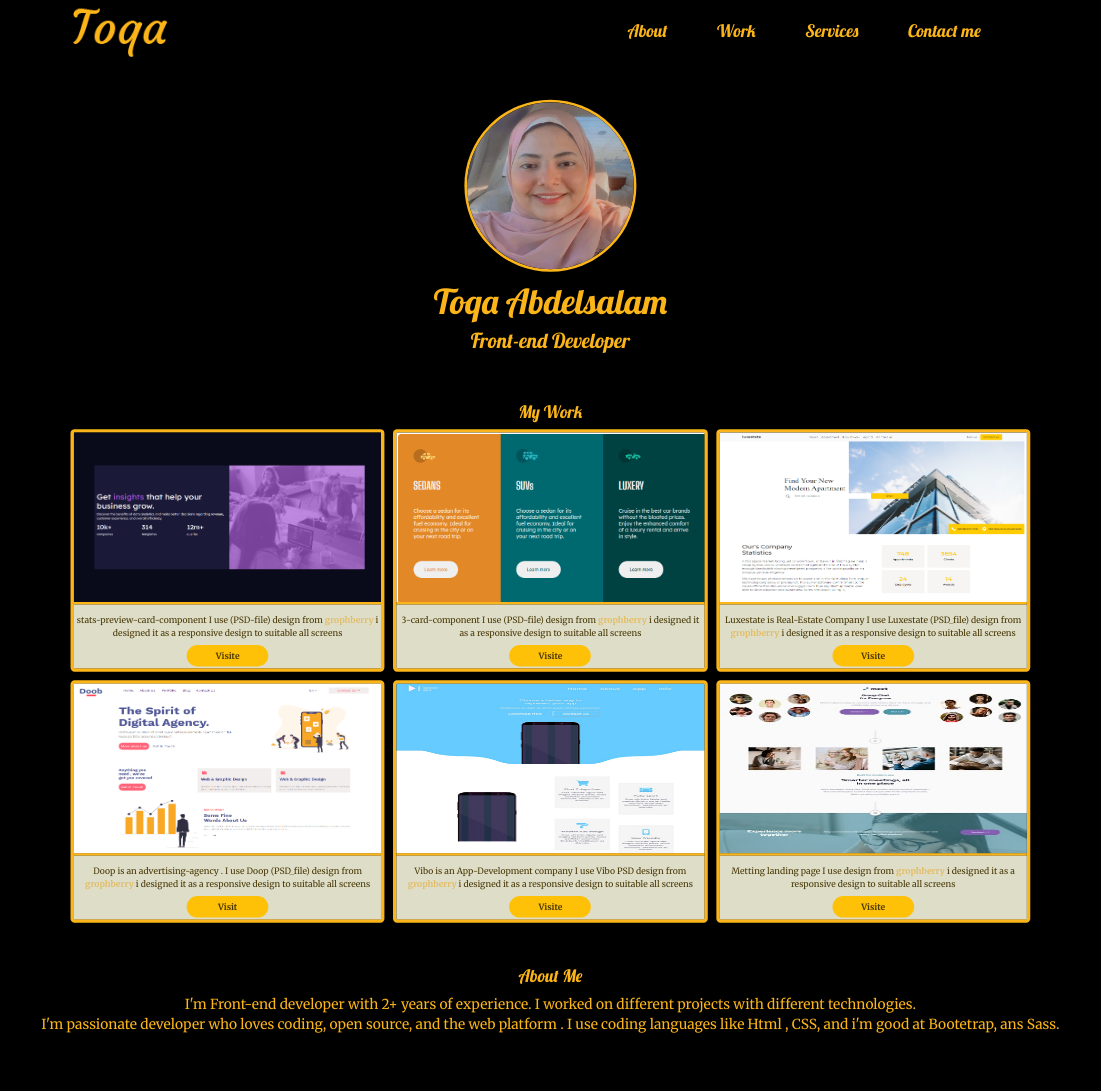
Repository: Toqa-25/portfolio
Page: index.html
The author's editor kept a copy of each file at every save. The page is drawn from the files as they stood at one save, then again after the next save.
The browser window is 1280 px wide. The pictures show the whole page, at 86% of full size.
Some web fonts or font styles are not loaded; a fallback is used.

Above is the page before, as saved 2021-07-27 18:00:17.

### index.html
<!DOCTYPE html>
<html lang="en">
<head>
    <meta charset="UTF-8">
    <meta http-equiv="X-UA-Compatible" content="IE=edge">
    <meta name="viewport" content="width=device-width, initial-scale=1.0">
    <title>Toqa Portfolio</title>
      <!-- bootstrap file -->
      <link rel="stylesheet" href="css/all.min.css">
      <link rel="stylesheet" href="css/bootstrap.css">
      <!-- css file -->
      <link rel="stylesheet" href="css/style.css">
      <!-- fonts -->
      <link rel="preconnect" href="https://fonts.googleapis.com">
<link rel="preconnect" href="https://fonts.gstatic.com" crossorigin>
<link href="https://fonts.googleapis.com/css2?family=Lobster&family=Otomanopee+One&display=swap" rel="stylesheet">
<link rel="preconnect" href="https://fonts.googleapis.com">
<link rel="preconnect" href="https://fonts.gstatic.com" crossorigin>
<link href="https://fonts.googleapis.com/css2?family=Merriweather:ital,wght@0,300;0,400;0,700;0,900;1,300;1,400;1,700;1,900&display=swap" rel="stylesheet">
<link rel="preconnect" href="https://fonts.googleapis.com">
<link rel="preconnect" href="https://fonts.gstatic.com" crossorigin>
<link href="https://fonts.googleapis.com/css2?family=Bebas+Neue&family=Oswald:wght@200;300;400;500;600;700&display=swap" rel="stylesheet">
</head>
<body>
    <header class="section">
       <nav class="container">
           <img src="images/logo.png" alt="logo">
       <ul class="list">
           <li>About</li>
           <li>Work</li>
           <li>Services</li>
           <li>Contact me</li>
           <!-- <li>Reviews</li> -->
       </ul>
       <div role="navigation">
      <svg xmlns="http://www.w3.org/2000/svg" width="35" height="35" fill="#fbb519" class="bi bi-list" viewBox="0 0 16 16">
        <path fill-rule="evenodd" d="M2.5 12a.5.5 0 0 1 .5-.5h10a.5.5 0 0 1 0 1H3a.5.5 0 0 1-.5-.5zm0-4a.5.5 0 0 1 .5-.5h10a.5.5 0 0 1 0 1H3a.5.5 0 0 1-.5-.5zm0-4a.5.5 0 0 1 .5-.5h10a.5.5 0 0 1 0 1H3a.5.5 0 0 1-.5-.5z"/>
      </svg>
      <ul class="hidden">
        <li>About</li>
        <li>Work</li>
        <li>Services</li>
        <li>Contact me</li>
        <!-- <li>Reviews</li> -->
      </ul>
      </div>
    </nav>

    </header>
    <div class="my-image section">
      <div class="quik  " role="main">
        <div>
        <img src="images/IMG-20210619-WA0014.jpg" alt=""><br>
        <h1>Toqa Abdelsalam</h1>
        <h4>Front-end Developer</h4>
      </div>
      </div>
    </div>

      <section class="section container work">
      <h5>My Work</h5>
      <div class="card-groups">
      <div class="project card" role="menu">
        <img src="images/toqa-25.github.io_stats-preview-card-component-main_.png" alt="">
        <p>stats-preview-card-component
      I use  (PSD-file) design from <span> <a href="https://www.frontendmentor.io/">grophberry</a></span>
  i designed it as a responsive design to suitable all screens <br>
  <button><a href="https://toqa-25.github.io/stats-preview-card-component-main/">Visite</a></button>
 </p>
 </div>
      <div class="project card" role="menu">
        <img src="images/toqa-25.github.io_3-cards-component3_.png" alt="">
        <p>3-card-component
      I use (PSD-file) design from <span> <a href="https://www.frontendmentor.io/">grophberry</a></span>
  i designed it as a responsive design to suitable all screens <br>
  <button><a href="https://toqa-25.github.io/3-cards-component/">Visite</a></button>
 </p>
 </div>
      <div class="project card" role="menu">
          <img src="images/destop-luxestate - Copy (1).png" alt="">
          <p>Luxestate is Real-Estate Company
        I use Luxestate (PSD_file) design from <span> <a href="https://www.graphberry.com/">grophberry</a></span>
    i designed it as a responsive design to suitable all screens <br>
    <button><a href="https://toqa-25.github.io/luxstate-project-/">Visite</a></button>
   </p>
   </div>
      <div class="project card" role="menu">
          <img src="images/web_design.png" alt="">
          <p>Doop is an advertising-agency .
        I use Doop (PSD_file) design from <span> <a href="https://www.graphberry.com/">grophberry</a></span>
    i designed it as a responsive design to suitable all screens <br>
    <button><a href="https://toqa-25.github.io/simply-agency/">Visit </a></button>
   </p>
   </div>
      <div class="project card" role="menu">
        <img src="images/Vibo_App(desktop)_toqa-25.github.io2.png" alt="">
          <p>Vibo is an App-Development company
        I use Vibo PSD design from <span> <a href="https://www.graphberry.com/">grophberry</a></span>
    i designed it as a responsive design to suitable all screens <br>
    <button><a href="https://toqa-25.github.io/vibo-app/">Visite</a></button>
   </p>
   </div>
   <div class="project card" role="menu">
    <img src="images/toqa-25.github.io_landing-meeting-page_desktop.jpg" alt="">
    <p>Metting landing page
  I use  design from <span> <a href="https://www.frontendmentor.io/">grophberry</a></span>
i designed it as a responsive design to suitable all screens <br>
<button><a href="https://toqa-25.github.io/landing-meeting-page/">Visite</a></button>
</p>
</div>
   </div>
      </section>

      <section class="section about">

          <h5>About Me</h5>
      <p> I'm Front-end developer with 2+ years of experience. I worked on different projects with different technologies. <br>
       I'm passionate developer who loves coding, open source, and the web platform .
       I use coding languages like Html , CSS, and i'm good at Bootetrap, ans Sass. </p>
      </section>

</body>
</html>

### css/style.css
/* Root value */
:root{
    --main-color:#fbb519;
    --section-padding:50px;
}
/* global value */
*{
    box-sizing: border-box;
    margin: 0;
    padding: 0;

}

/* my  style */
body{
    font-family: 'Merriweather', serif;
    background-color: black;
    /* font-family: 'Otomanopee One', sans-serif; */
    /* font-family: 'Oswald', sans-serif; */
    color:var(--main-color)
}
.section{
    padding-bottom: var(--section-padding);
}
.container
{
  width: 100%;
  padding-right: 0.75rem;
  padding-left: 0.75rem;
  margin-right: auto;
  margin-left: auto;
}
 .section h5{
    text-align: center;
    font-family: 'Lobster';

 }

@media (min-width: 576px) {
 .container {
    max-width: 540px;
  }
}
@media (min-width: 768px) {
   .container {
    max-width: 720px;
  }
}
@media (min-width: 992px) {
   .container {
    max-width: 960px;
  }
}
@media (min-width: 1200px) {
 .container {
    max-width: 1140px;
  }
}
@media (min-width: 1400px) {
   .container {
    max-width: 1320px;
  }
}
 /* start header part */
 header{
    font-family: 'Lobster', cursive;

   /* background-image: url(../images/ferenc-almasi-eYpcLDXHVb0-unsplash.jpg);
   background-size: cover;*/
 }
 nav{
      display: flex;
    justify-content: space-between;
    align-items: center;
    /* background-color: black; */
 }
  nav img{
     margin-top:10px;
 }
 nav .list{
     width: 50%;
    margin-top:20px;
    list-style: none;
    color:var(--main-color);
    display: flex;
    justify-content: space-evenly;
    cursor: pointer;
    font-size: 20px;
 }
 nav .list li:hover{
  padding:5px;
  font-size: 30px;
 }
 @media (max-width: 768px){
  nav .list {
      display: none;
  }
  div{
      display: block;
      padding: 15px;
  }
  .quik h2{
    font-size: 20px;
    line-height: 2rem;
  }
  .quik img{
    width: 100px;
    height: 100px;
 }
}
 @media (min-width: 768px){
     nav div{
         display: none;

     }
 }
 div:hover  .hidden {
     display: block;
     color:var(--main-color);
     position: absolute;
     right: 44px;
     top: 37px;
     background-color: #f5f5dc91;
     list-style: none;
     border-radius: 8px;
     padding: 10px;

 }
 .hidden{
    display: none;

}
.hidden li:hover{
 padding: 5px;
 font-size: 25px;
}
 .quik{
    color: var(--main-color);
    text-align: center;
    /* background-image: url(../images/mohammad-rahmani-8qEB0fTe9Vw-unsplash.jpg); */
    height: 300px;
    display: flex;
    align-items: center;
    justify-content: center;
    /* font-family: 'Bebas Neue', cursive; */
     /* font-family: 'Oswald', sans-serif; */
     font-family: 'Lobster', cursive;


 }
 .quik img{
     width: 200px;
     height: 200px;
     border:3px solid;
     border-radius: 50%;
     -webkit-border-radius: 50%;
     -moz-border-radius: 50%;
     -ms-border-radius: 50%;
     -o-border-radius: 50%;
     margin-bottom: 10px;
}
 h2{
    color: #dad3d3;
    text-transform: uppercase;
    line-height: 3rem;
 }
 span{
     color:var(--main-color)
 }
 .card-groups{
     display: grid;
    grid-template-columns:repeat(auto-fit, minmax(300px, 1fr));
    gap:10px;
 }
 .work h5{
    text-align: center;
    font-family: 'Lobster';
 }
.card {
    width: 100%;
    height: 100%;
    position: relative;
    display: flex;
    flex-direction: column;
    min-width: 0;
    word-wrap: break-word;
    background-color: black;
    background-clip: border-box;
    border: 4px solid var(--main-color);
    border-radius: 0.3rem;
}

.card img{
    width:100%;
    height: 200px;
    border-bottom: 3px solid;
}
.card p{
    margin-bottom: 1rem;
    background-color: black;
    font-size: 10px;
    padding: 2px;
    margin: 0px;
    margin-top: 0px;
    width: 100%;
    height: 100%;
    text-align: center;
    color:#483705;
    background-color: #f5f5dce8;
    padding-top: 10px;

}
.card p a{
    text-decoration: none;
    color: #e2bc66;
    font-weight: bolder;
}
.card p:hover{

}

.card button{
    width: 95px;
    text-align: center;
    background-color: #ffc107;
    border: none;
    border-radius: 15px;
    padding: 5px;
    margin-top: 7px;
}
.card button:hover{
    width:120px;
    padding: 10px;
}
.card button a{
    text-decoration: none;
    color: #483705;
}

.about{
    text-align: center;

}

Loaded but not shown: css/all.min.css (library); css/bootstrap.css (library)

After the next save:
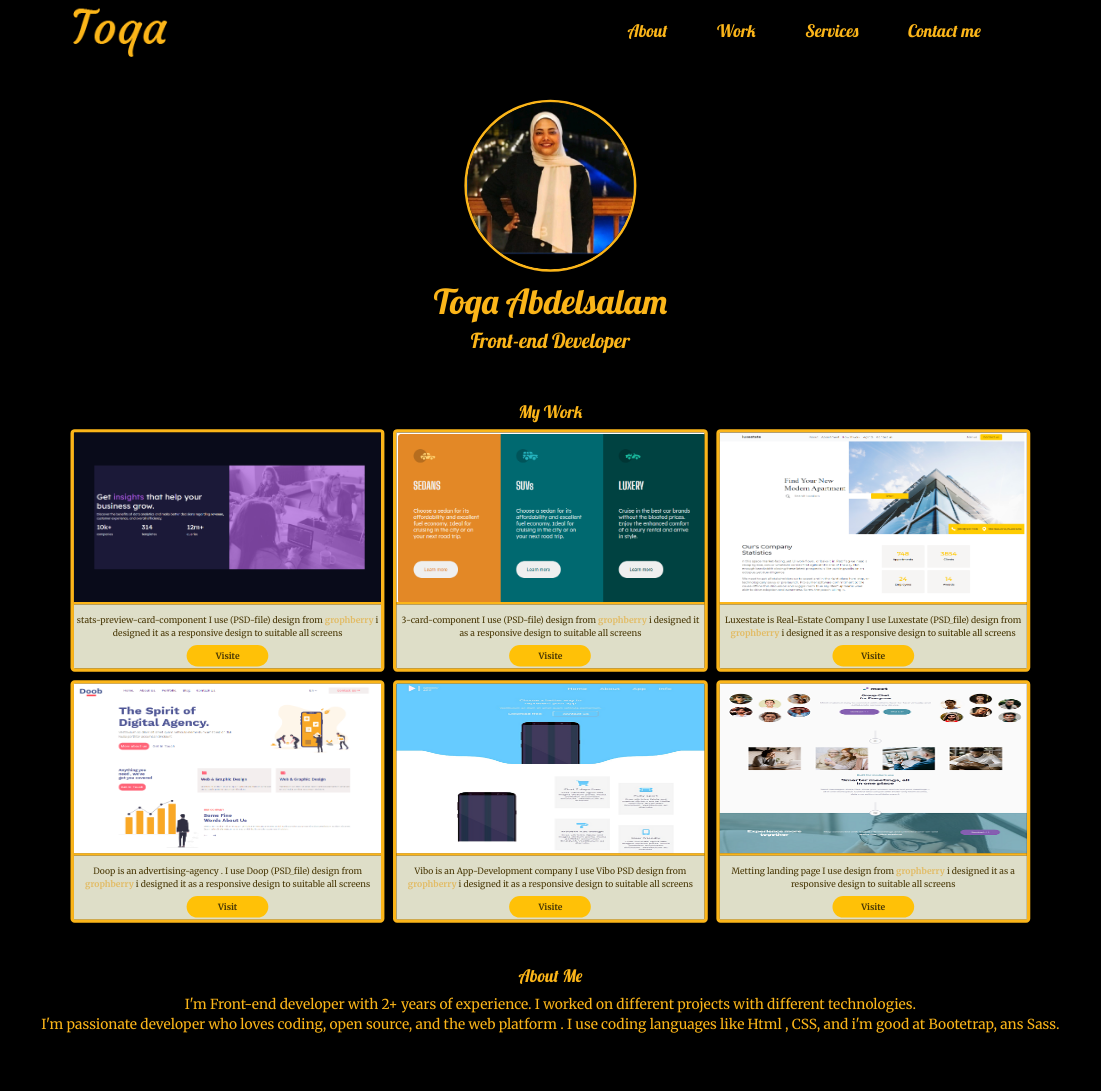
Saved 95 days later.
--- a/index.html
+++ b/index.html
@@ -50,7 +50,7 @@
     <div class="my-image section">
       <div class="quik  " role="main">
         <div>
-        <img src="images/IMG-20210619-WA0014.jpg" alt=""><br>
+        <img src="images/toqa.jpg" alt=""><br>
         <h1>Toqa Abdelsalam</h1>
         <h4>Front-end Developer</h4>
       </div>
@@ -101,7 +101,7 @@
    </p>
    </div>
    <div class="project card" role="menu">
-    <img src="images/toqa-25.github.io_landing-meeting-page_desktop.jpg" alt="">
+    <img src="images/toqa-25.github.io_landing-meeting-page_desktop.png" alt="">
     <p>Metting landing page
   I use  design from <span> <a href="https://www.frontendmentor.io/">grophberry</a></span>
 i designed it as a responsive design to suitable all screens <br>
